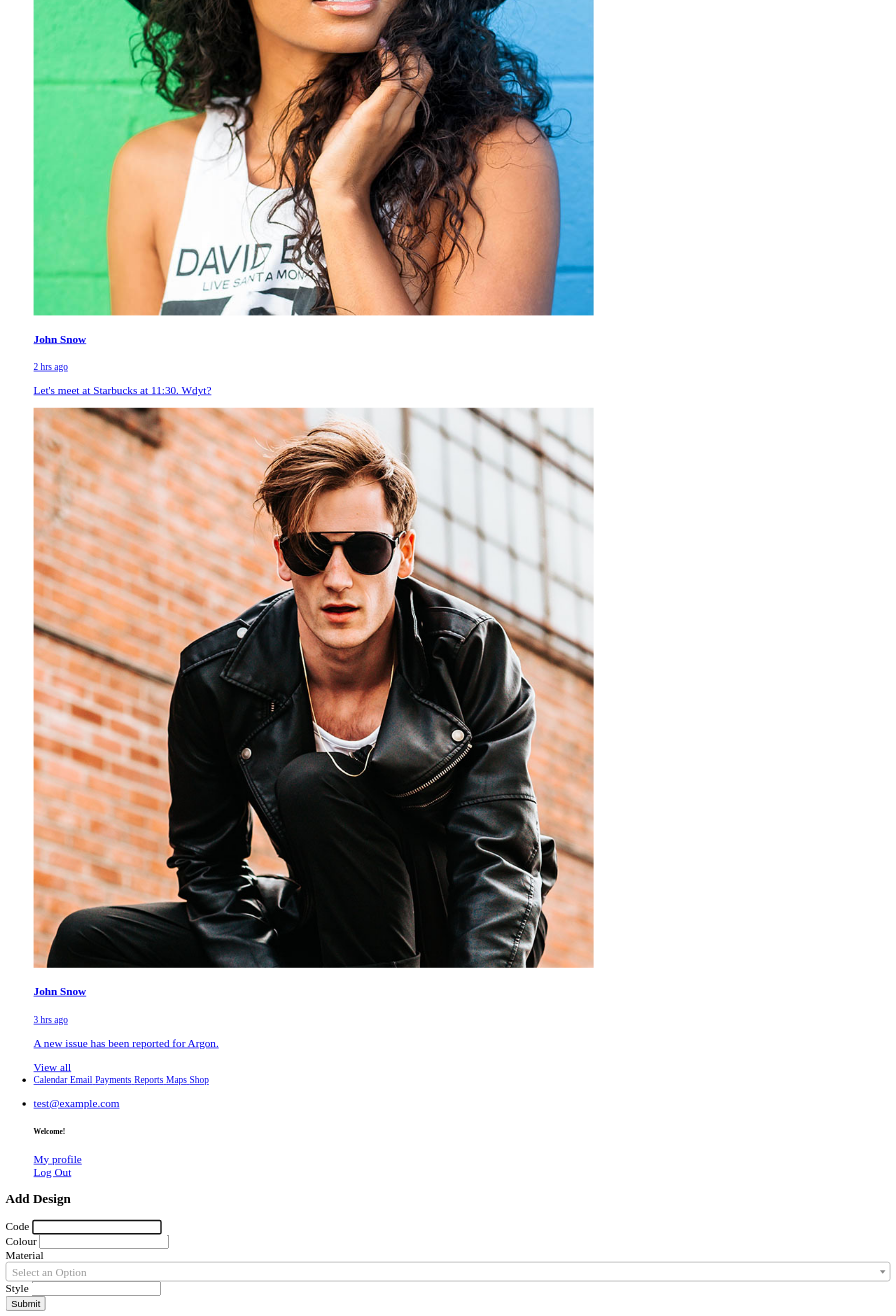
Repository: amirulaizat2004/tailorsystem-internship
Page: resources/views/design/create.blade.php
An editor plug-in stored every save of this project. The page is shown before and after the next save, followed by the edit.
The browser window is 1280 px wide. The pictures show the part of the page from y = 3652 to 5572 px (the page is 5532 px tall before and 5572 px after), at 70% of full size.
The page is served by the project's Laravel application, run on PHP 8.4 with Laravel 8. A made-up administrator, Test User (test@example.com), is signed in. The template is opened directly, without the code that normally fills it, so the values that code supplies are empty.

Above is the page before, as saved 2021-10-27 14:38:53.

After the next save:
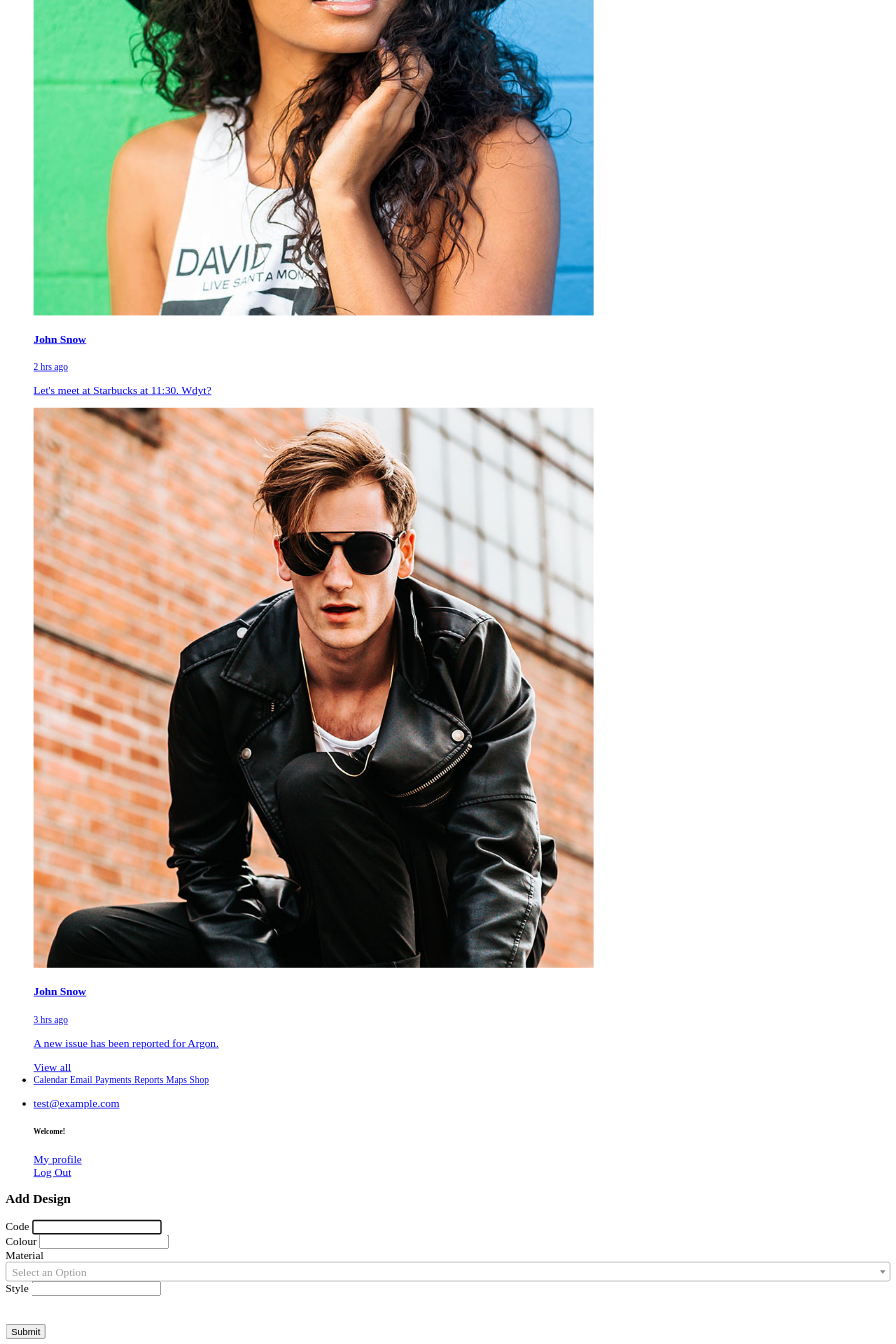
Saved 15 s later.
--- a/resources/views/design/create.blade.php
+++ b/resources/views/design/create.blade.php
@@ -42,11 +42,10 @@
     <div class="form-group">
         <label for="style">Style</label>
         <input list="browsers" id="style" name="style">
-        <datalist class="form-control @error('style') is-invalid @enderror"
-         name="style" id="browsers">
+
         <option value="Baju Melayu Cekak Musang">
         <option value="Baju Melayu Teluk Belanga">
-      </datalist>
+
     </div>
 
     <button type="submit" class="btn btn-primary">Submit</button>

After the save that followed:
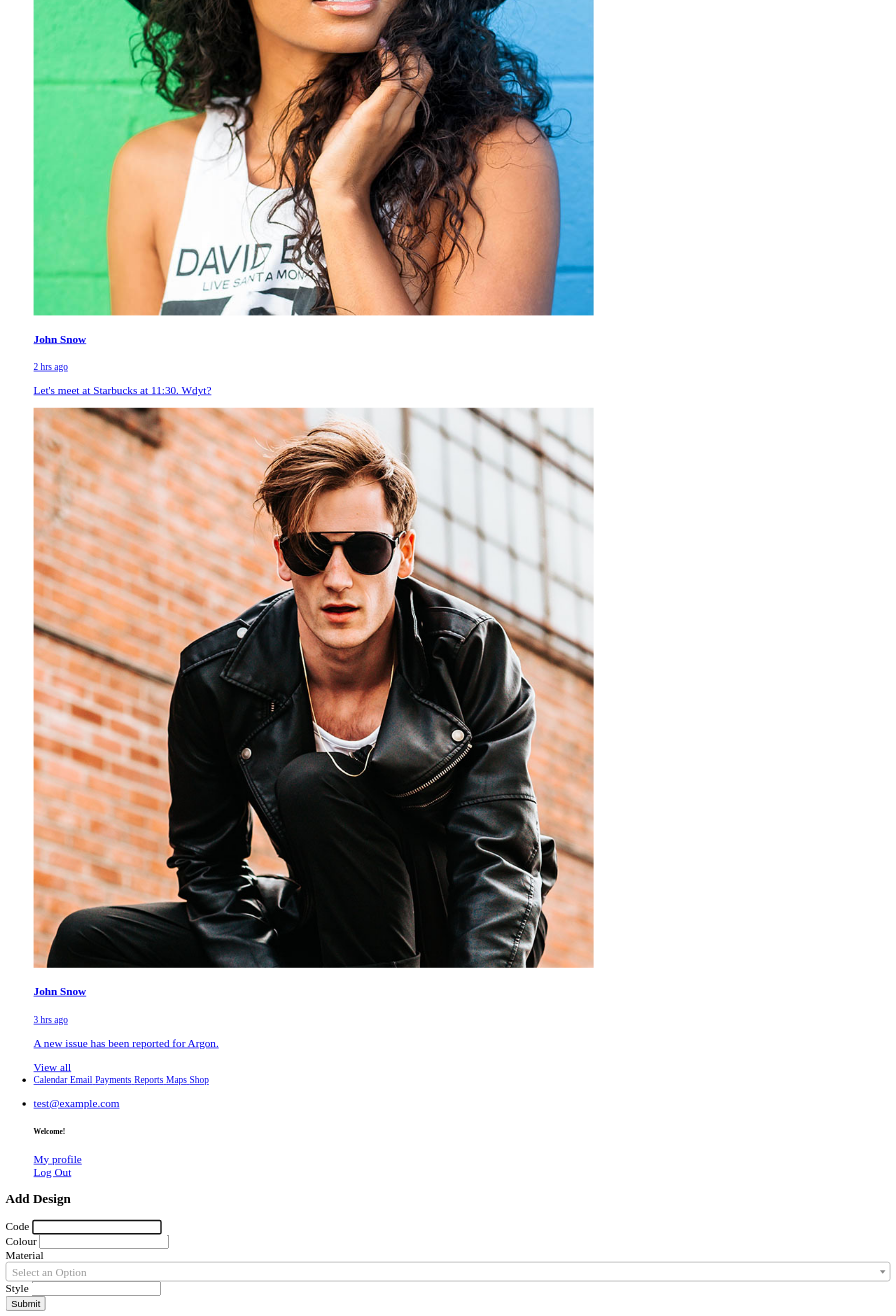
Saved 22 s later.
--- a/resources/views/design/create.blade.php
+++ b/resources/views/design/create.blade.php
@@ -42,10 +42,11 @@
     <div class="form-group">
         <label for="style">Style</label>
         <input list="browsers" id="style" name="style">
-
+        <datalist class="form-control @error('style') is-invalid @enderror"
+         name="style" id="browsers">
         <option value="Baju Melayu Cekak Musang">
         <option value="Baju Melayu Teluk Belanga">
-
+      </datalist>
     </div>
 
     <button type="submit" class="btn btn-primary">Submit</button>
